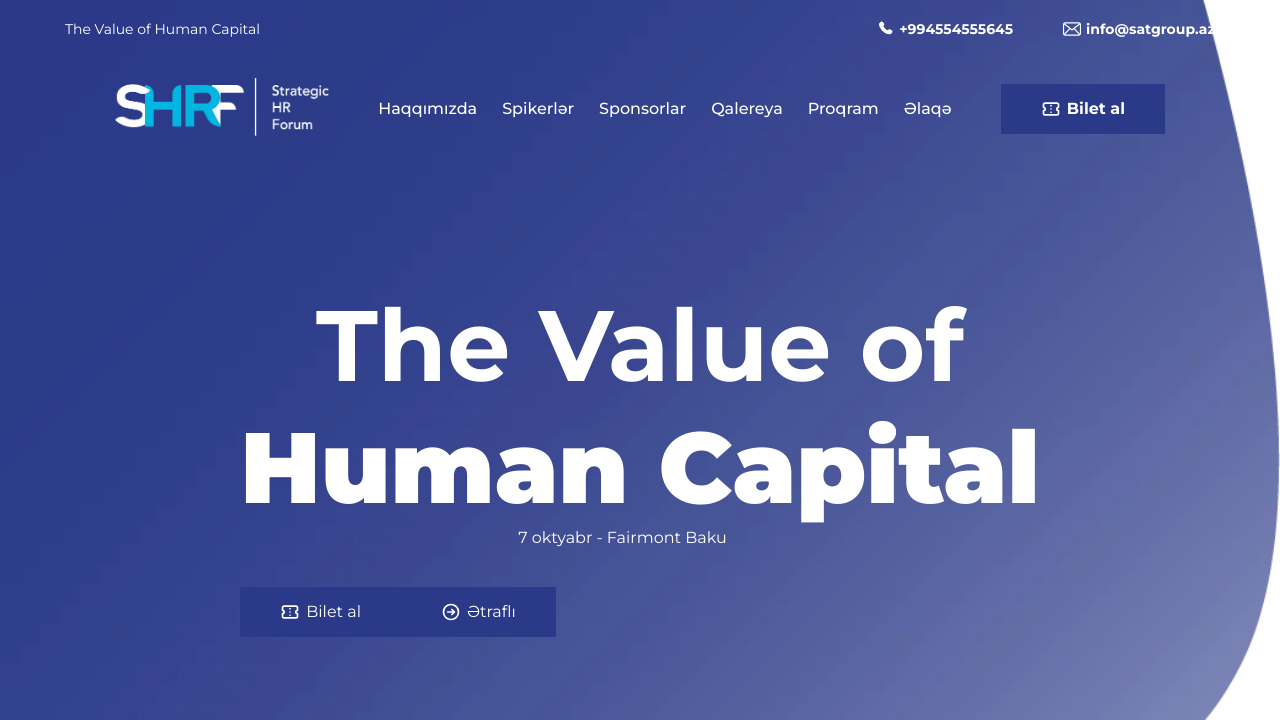
Repository: allahverdiyevabdulhasan/shrf
Page: /
These files come from the project's save history. The page is drawn as it stood at one moment and after the next save; the edit follows.
The browser window is 1280 px wide. The pictures show the whole page.
The project was rebuilt for these pictures with package versions that can differ from the ones it lists, and the page was loaded fresh each time. Also part of the build but not shown: vite.config.js, src/App.css.

Above is the page before, as saved 2024-08-16 10:24:34.

After the next save:
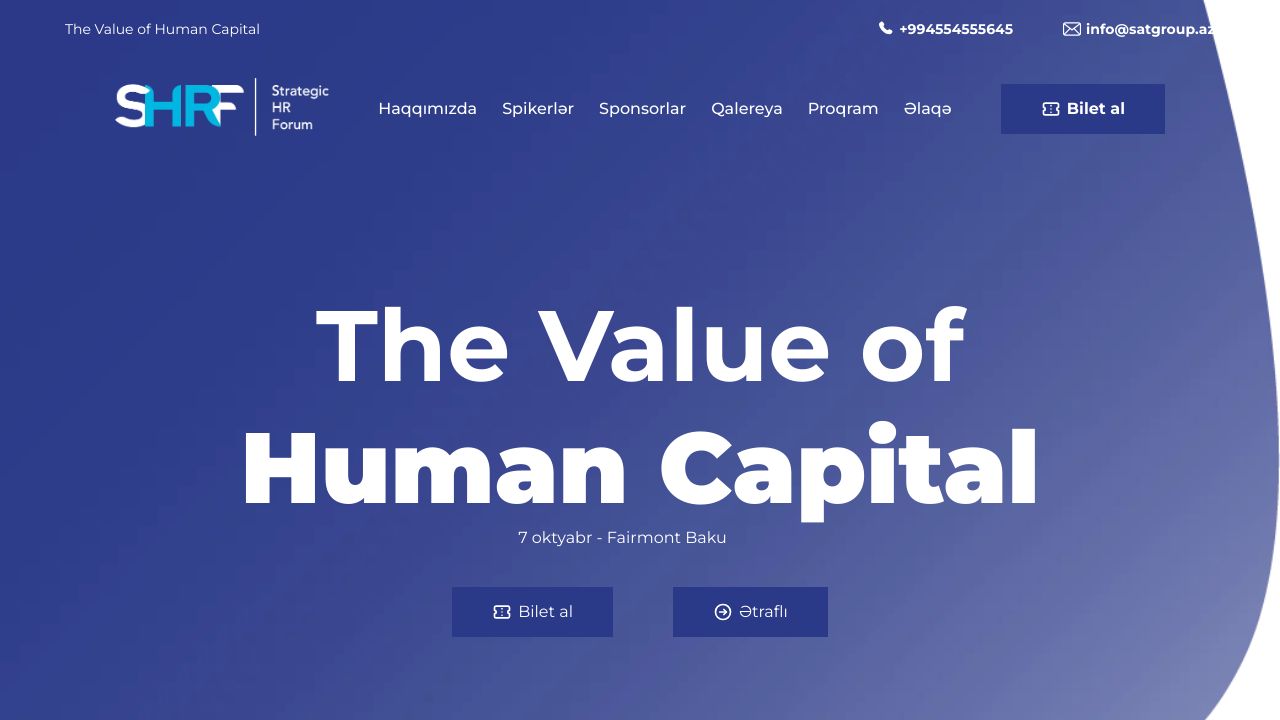
Saved 32 s later.
--- a/src/components/Intro/style.module.css
+++ b/src/components/Intro/style.module.css
@@ -25,8 +25,10 @@
 
     & .buttons{
         display: flex;
+        justify-content: center;
         & button, & a{
             font-weight: 400;
+            margin: 0 30px;
         }
     }
 }
